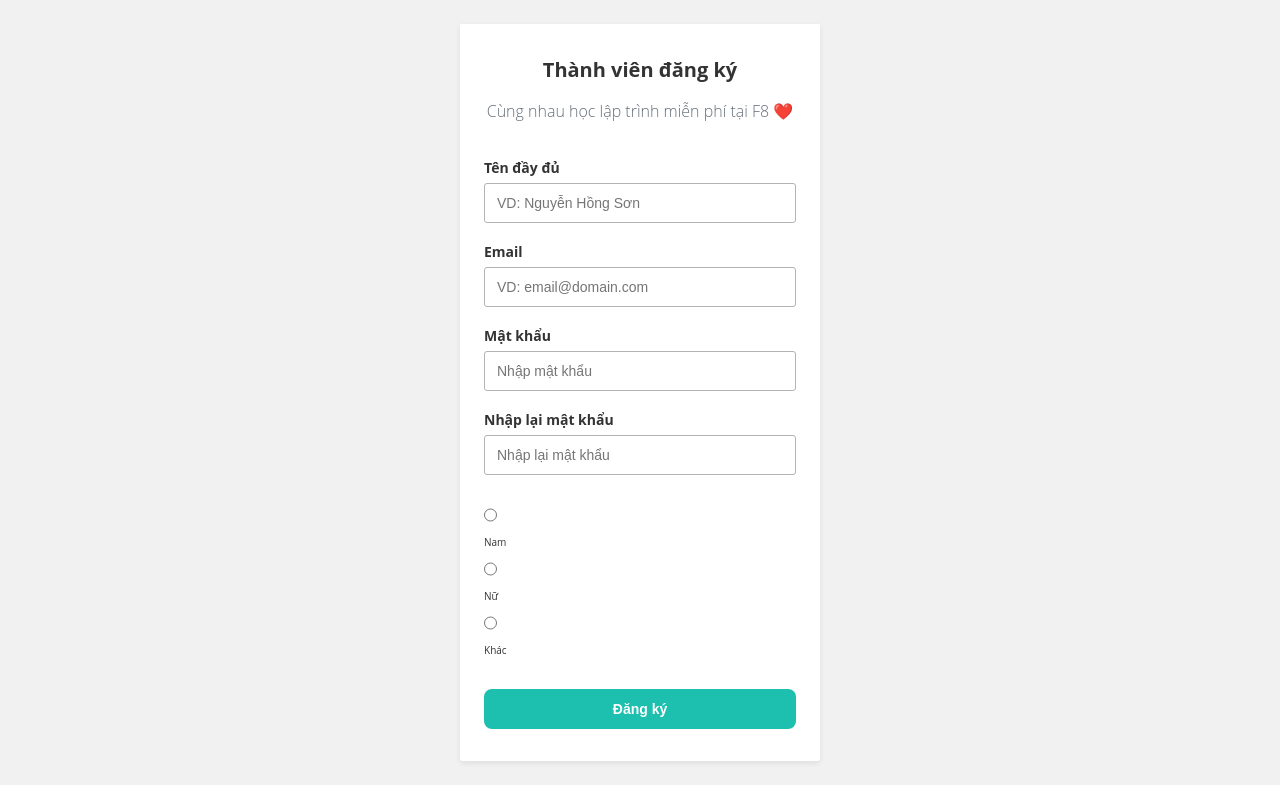
Repository: ahihison/Validation
Page: index.html
These files come from the project's save history. The page is drawn as it stood at one moment and after the next save; the edit follows.
The browser window is 1280 px wide. The pictures show the whole page.

Above is the page before, as saved 2022-08-31 09:33:53.

### index.html
<!DOCTYPE html>
<html lang="en">
<head>
    <meta charset="UTF-8">
    <meta http-equiv="X-UA-Compatible" content="IE=edge">
    <meta name="viewport" content="width=device-width, initial-scale=1.0">
    <link rel="stylesheet" href="./style.css">
    <title>Document</title>
</head>
<body>
    <div class="container">
        <form action="" method="POST" class="form" id="form-1" >
            <h3 class="heading">Thành viên đăng ký</h3>
            <p class="desc">Cùng nhau học lập trình miễn phí tại F8 ❤️</p>
            <div class="spacer"></div>

            <div class="form-group">
                <label for="fullname" class="form-label" >Tên đầy đủ</label>
                <input type="text" name="fullname" id="fullname" placeholder="VD: Nguyễn Hồng Sơn" class="form-control">
                <span class="form-message"></span>
            </div>
            <div class="form-group">
                <label for="email" class="form-label" >Email</label>
                <input type="text" name="email" id="email" placeholder="VD: email@domain.com" class="form-control">
                <span class="form-message"></span>
            </div>
            <div class="form-group">
                <label for="password" class="form-label" >Mật khẩu</label>
                <input type="password" name="password" id="password" placeholder="Nhập mật khẩu" class="form-control">
                <span class="form-message"></span>
            </div>
            <div class="form-group">
                <label for="password_confirmation" class="form-label" >Nhập lại mật khẩu</label>
                <input type="password" name="password_confirmation" id="password_confirmation" placeholder="Nhập lại mật khẩu" class="form-control">
                <span class="form-message"></span>
            </div>
            <div class="form-group genderformat">
                <div>
                    <input type="radio" name="gender" value="male" id="gender" class="form-control">
                    <span id="gender">Nam</span>
                </div>
                <div>
                    <input type="radio" name="gender" value="female" id="gender" class="form-control">
                    <span id="gender">Nữ</span>
                </div>
                <div>
                    <input type="radio" name="gender" value="orther" class="form-control" id="gender">
                    <span id="gender">Khác</span>

                </div>
                <span class="form-message"></span>
            </div>


            <button class="form-submit">Đăng ký</button>
        </form>

    </div>
    <script src="./validation.js"> </script>
    <script>
        Validator({
            form:'#form-1',
            formGroupSelector:'.form-group',
            errorSelector: '.form-message',
            rules: [
            Validator.isRequired('#fullname','Vui lòng nhập họ và tên đầy đủ của bạn'),
            Validator.isEmail('#email'),
            Validator.minLength('#password',6),
            Validator.isRequired('#password_confirmation'),
            Validator.isConfirmed('#password_confirmation',function() { return document.querySelector('#form-1 #password').value;

            },'Mật khẩu nhập lại không chính xác'),
            ],
            onSubmit: function(data){
                //Call API
                console.log(data);
            }
        });
    </script>




</body>
</html>

### style.css
*{
    margin: 0;
    padding: 0;
    box-sizing: border-box;

}
html{
    color: #333;
    font-size: 62.5%;
    font-family: "Open Sans", sans-serif;
}

.container{
min-height: 100vh;
display: flex;
justify-content: center;
background: #f1f1f1;

}
.form{
    width: 360px;
    padding: 32px 24px;
    min-height: 100px;
    text-align: center;
    background: #fff;
    border-radius: 2px;
    margin: 24px;
    align-self: center;
    box-shadow: 0 2px 5px 0 rgba(51, 62, 73, 0.1);


}


.form .heading{
    font-size: 2rem;

}
.form .desc {
    text-align: center;
    color: #636d77;
    font-size: 1.6rem;
    line-height: 2.4rem;
    margin-top: 16px;
    font-weight: 300;
  }

.form-group{
     display: flex;
  margin-bottom: 16px;
  flex-direction: column;

}
.form-group #gender {
  display:flex;

  }
  .form-group .genderformat{
    display: flex;
    flex-direction: row;
    flex-wrap: wrap;
    align-content: space-between;
    justify-content: space-around;
  }
.form-control{
    height: 40px;
    padding: 8px 12px;
    border: 1px solid #b3b3b3;
    border-radius: 3px;
    outline: none;
    font-size: 1.4rem;
}
.form-control:hover {
    border-color: #1dbfaf;
  }
.form-label,
.form-message{
    text-align: left;

}
.form-label {
    font-weight: 700;
    padding-bottom: 6px;
    line-height: 1.8rem;
    font-size: 1.4rem;
  }

  .form-group.invalid .form-control {
    border-color: #f33a58;
  }
  .form-group.invalid .form-message {
    color: #f33a58;
  }

  .form-message {
    font-size: 1.2rem;
    line-height: 1.6rem;
    padding: 4px 0 0;
  }
  .form-submit {
    outline: none;
    background-color: #1dbfaf;
    margin-top: 12px;
    padding: 12px 16px;
    font-weight: 600;
    color: #fff;
    border: none;
    width: 100%;
    font-size: 14px;
    border-radius: 8px;
    cursor: pointer;
  }
  .form-submit:hover {
    background-color: #1ac7b6;
  }
  .spacer {
    margin-top: 36px;
  }

### validation.js
function Validator(options) {

    function geParent(elements,selector){
        while(elements.parentElement){
            if(elements.parentElement.matches(selector)){
                return elements.parentElement;
            }
              elements = elements.parentElement;
        }
    }

    var selectorRule = {};
    //hàm thực hiện validate
    function validate(inputElement, rule) {

        var errorElement = geParent(inputElement,options.formGroupSelector).querySelector(options.errorSelector);
        var errorMessage;

        //lấy ra các rule của các selector
        var rules = selectorRule[rule.selector];
        //lập qua từng rules và kiểm tra
        //Nếu có lỗi thì dừng việc kiểm tra
        for (var i = 0; i < rules.length; i++) {
            errorMessage = rules[i](inputElement.value);
            if (errorMessage) break;

        }

        if (errorMessage) {
            errorElement.innerText = errorMessage;
            geParent(inputElement,options.formGroupSelector).classList.add('invalid');
        } else {
            errorElement.innerText = '';
            geParent(inputElement,options.formGroupSelector).classList.remove('invalid');
        }
        return !!errorMessage;
    }
    // lấy được form elements
    var formElement = document.querySelector(options.form);

    if (formElement) {
        //Lắng nghe sự kiện onsubmit

        formElement.onsubmit = function (e) {

            e.preventDefault();

            var isFormValid = true;

            // Lặp qua từng rules và validate
            options.rules.forEach(function (rule) {
                var inputElement = formElement.querySelector(rule.selector);
                var isInValid = validate(inputElement, rule);
                if (isInValid) {
                    isFormValid = false;
                }
            });


            if (isFormValid) {
                //Trường hợp submit với js
                if (typeof options.onSubmit === 'function') {
                    var enableInputs = formElement.querySelectorAll('[name]');
                    var formValues = Array.from(enableInputs).reduce(function (values, input) {
                        values[input.name] = input.value;
                        return values;
                    }, {});
                    options.onSubmit(formValues)
                }
                //submit với hành vi mặc định
                else{
                    formElement.submit();
                }
            }

        }





        //Lặp qua mỗi rule xử lí sự kiện (blur click....)
        options.rules.forEach(function (rule) {
            //Lưu lại các  rules cho mỗi input
            if (Array.isArray(selectorRule[rule.selector])) {
                selectorRule[rule.selector].push(rule.test);
            }
            else {
                selectorRule[rule.selector] = [rule.test];
            }


            var inputElement = formElement.querySelector(rule.selector);

            if (inputElement) {
                //Xử lí trường hợp blur ra khỏi input
                inputElement.onblur = function () {

                    validate(inputElement, rule);

                }
                // Xử lí mỗi khi người dùng nhập vào input
                inputElement.oninput = function () {
                    var errorElement = geParent(inputElement,options.formGroupSelector).querySelector(options.errorSelector);
                    errorElement.innerText = '';
                    geParent(inputElement,options.formGroupSelector).classList.remove('invalid');
                }
            }

        }

        );



    }


}

//định nghĩa rules
//Nguyên tắc rules
//1. khi có lỗi : => trả về message
//2. Khi hợp lệ: => ko trả về gì hết (undefined)
Validator.isRequired = function (selector, message) {
    return {
        selector: selector,
        test: function (value) {
            return value.trim() ? undefined : message || "Vui lòng nhập trường này"

        }
    }
}

Validator.isEmail = function (selector, message) {

    return {
        selector: selector,
        test: function (value) {
            var regex = /^[A-Z0-9._%+-]+@[A-Z0-9.-]+\.[A-Z]{2,4}$/i;

            return regex.test(value) ? undefined : message || 'Trường này phải là email'
        }
    }

}
Validator.minLength = function (selector, min, message) {

    return {
        selector: selector,
        test: function (value) {
            return value.length >= min ? undefined : message || `Vui lòng nhập tối thiếu ${min} ký tự`
        }
    }

}

Validator.isConfirmed = function (selector, getconfirmValue, message) {
    return {
        selector: selector,
        test: function (value) {
            return value === getconfirmValue() ? undefined : message || "Giá trị nhập vào không chính xác"
        }

    }

}

After the next save:
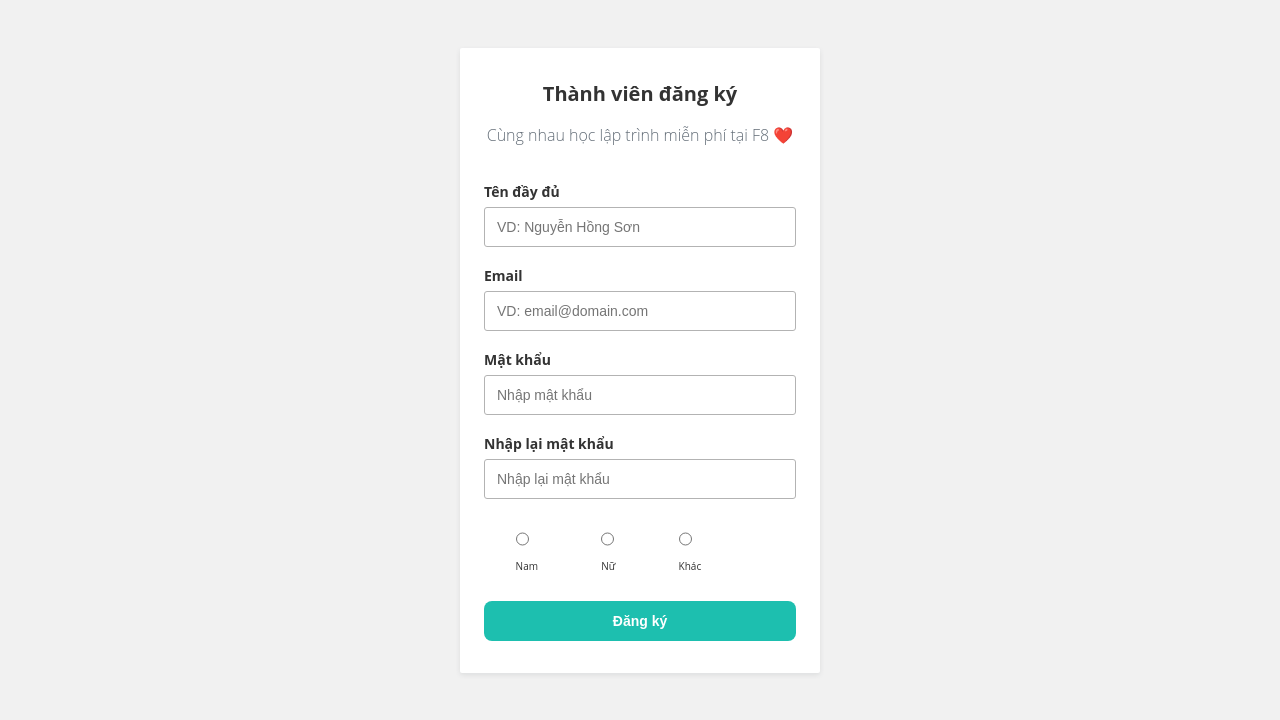
Saved 6 s later.
--- a/style.css
+++ b/style.css
@@ -55,7 +55,7 @@ background: #f1f1f1;
   display:flex;
 
   }
-  .form-group .genderformat{
+  .form-group.genderformat{
     display: flex;
     flex-direction: row;
     flex-wrap: wrap;
